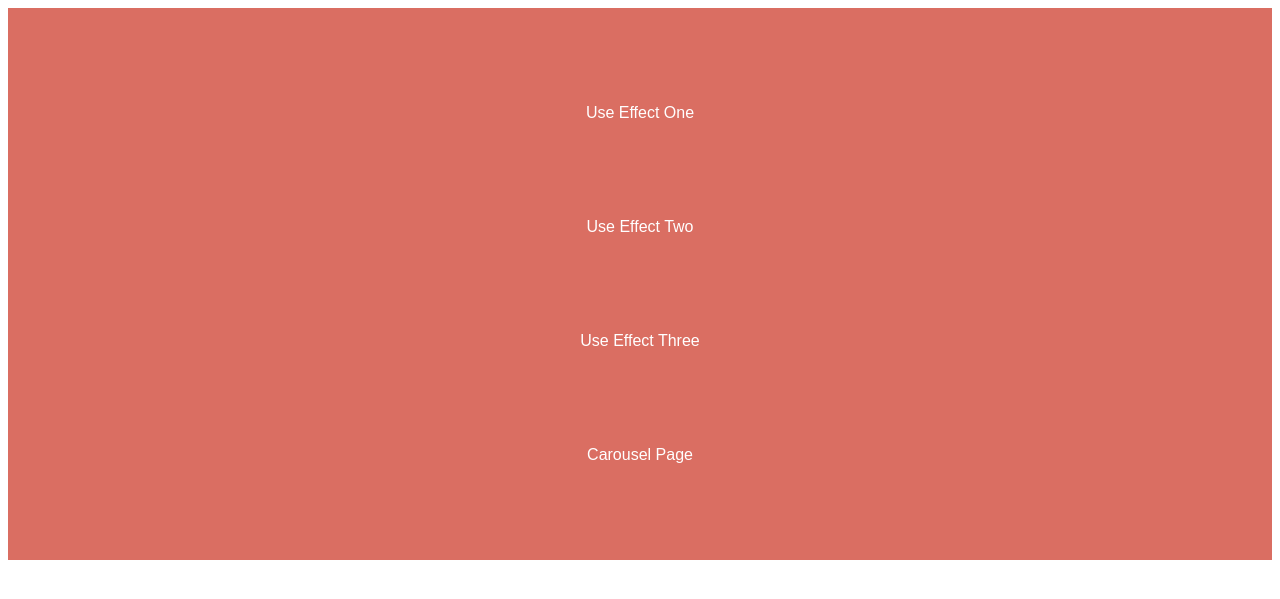
Repository: RonanKhalilOlaes/Class08
Page: /
These files come from the project's save history. The page is drawn as it stood at one moment and after the next save; the edit follows.
The browser window is 1280 px wide. The pictures show the whole page.
The project was rebuilt for these pictures with package versions that can differ from the ones it lists, and the page was loaded fresh each time. The framework's server and built-in components were replaced by stand-ins that run in the browser. Also part of the build but not shown: next.config.js.

Above is the page before, as saved 2023-02-20 22:26:42.

After the next save:
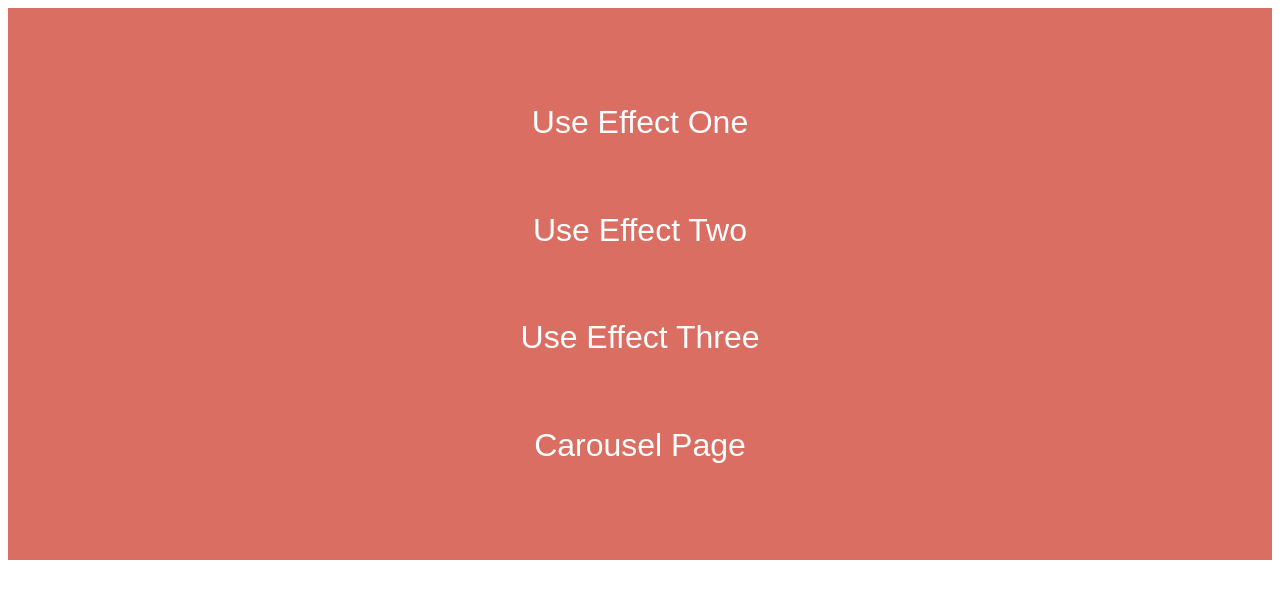
Saved 4 s later.
--- a/styles/Home.module.css
+++ b/styles/Home.module.css
@@ -12,6 +12,6 @@
 .text {
   color: white;
   text-decoration: none;
-  font-size: 1em;
+  font-size: 2em;
   font-family: Arial, Helvetica, sans-serif;
 }
